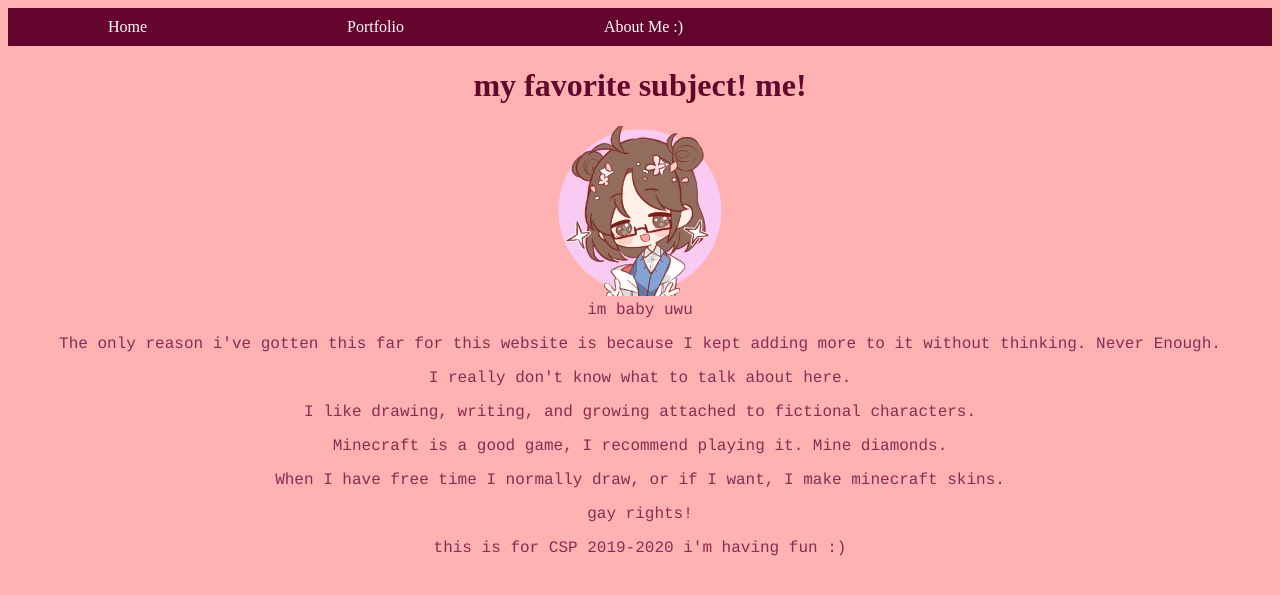
Repository: ycano1934/ycano1934.github.io
Page: my_website/about.html
The author's editor kept a record of every edit. The page is drawn from the files as they stood at one moment, then again after the next edit.
The browser window is 1280 px wide. The pictures show the whole page.

Above is the page before.

### my_website/about.html
<!doctype html>
	<html lang="en">
	  <head>
	    <meta charset="utf-8">
	    <meta name="viewport" content="width=device-width, initial-scale=1.0">
	    <title>About</title>
	  </head>


  <style>
#header {
  font-family:comic sans ms;
  color:rgb(100, 5, 45);
}

#paragraphlook {
    font-family:courier;
    color:rgb(140, 43, 83);
}

 body {background-color:rgb(255, 178, 178);
 }


ul {
  list-style-type: none;
  margin: 0;
  padding: 0;
  overflow: hidden;
  background-color: rgb(100, 5, 45);
}

li {
  float: left;
}

li a {
  display: inline-block;
  color: white; /* text color */
  font-family:comic sans ms;
  text-align: center;
  padding: 10px 100px;
  text-decoration: none;
  background-color: rgb(100, 5, 45)
}

li a:hover {
  background-color: rgb(155, 51, 93);
}

  </style>


    <body>
        <ul>
    <li><a href="index.html">Home</a></li>
    <li><a href="portfolio.html">Portfolio</a></li>
    <li><a href="about.html">About Me :)</a></li>
        </ul>

        <h1 id="header" style="text-align:center;">my favorite subject! me!</h1>


        <p id="paragraphlook" style="text-align:center;">
          <img src="images/avatar.png" height="170" width="170"><br>
            im baby uwu</p>
            <p id="paragraphlook" style="text-align:center;">The only reason i've gotten this far for this website is because I kept adding more to it without thinking. Never Enough.</p>
            <p id="paragraphlook" style="text-align:center;">I really don't know what to talk about here.</p>
            <p id="paragraphlook" style="text-align:center;">I like drawing, writing, and growing attached to fictional characters.</p>
            <p id="paragraphlook" style="text-align:center;">Minecraft is a good game, I recommend playing it. Mine diamonds.</p>
            <p id="paragraphlook" style="text-align:center;">When I have free time I normally draw, or if I want, I make minecraft skins.</p>
            <p id="paragraphlook" style="text-align:center;">gay rights!</p>
            <p id="paragraphlook" style="text-align:center;">this is for CSP 2019-2020 i'm having fun :)</p>


    </body>
	</html>

After the next edit:
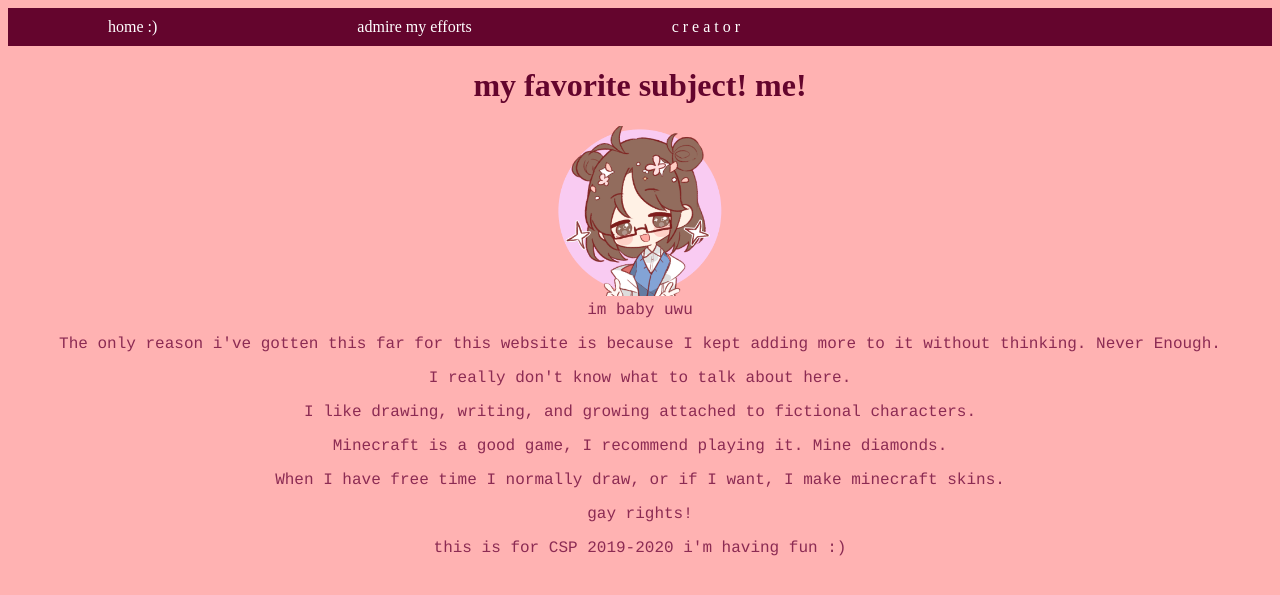
The edit:
--- a/my_website/about.html
+++ b/my_website/about.html
@@ -53,9 +53,9 @@
 
     <body>
         <ul>
-    <li><a href="index.html">Home</a></li>
-    <li><a href="portfolio.html">Portfolio</a></li>
-    <li><a href="about.html">About Me :)</a></li>
+    <li><a href="index.html">home :)</a></li>
+    <li><a href="portfolio.html">admire my efforts</a></li>
+    <li><a href="about.html">c r e a t o r</a></li>
         </ul>
 
         <h1 id="header" style="text-align:center;">my favorite subject! me!</h1>
